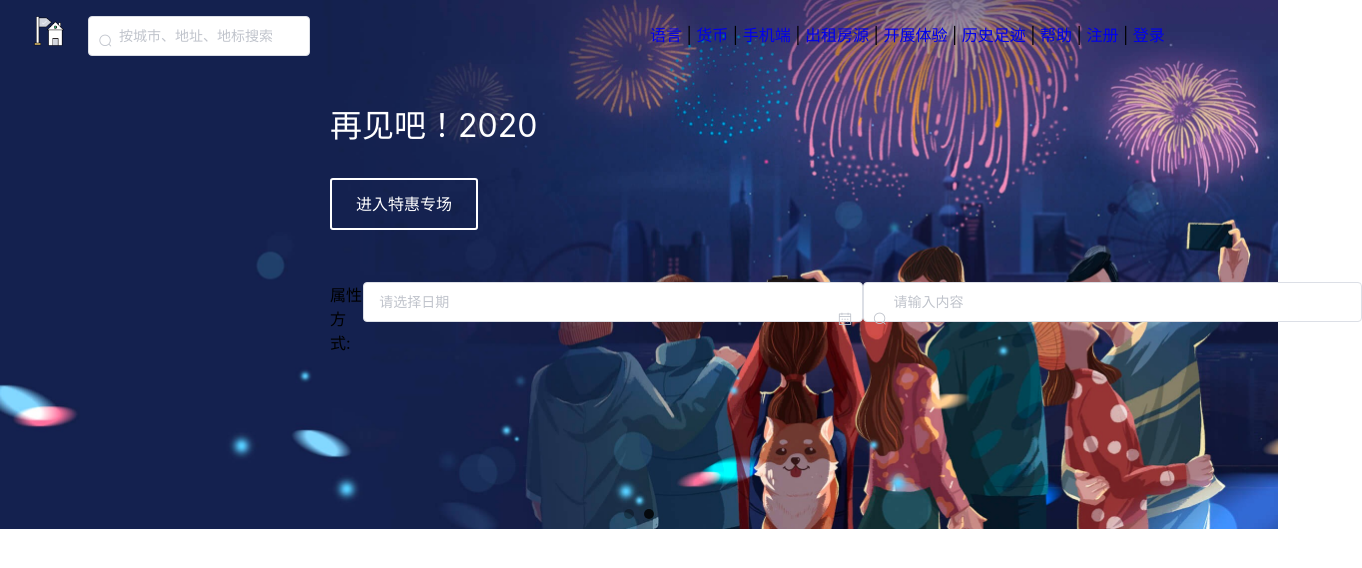
Repository: yz1181214391/my-airbnb
Page: /
These files come from the project's save history. The page is drawn as it stood at one moment and after the next save; the edit follows.
The browser window is 1280 px wide. The page is 1362 px wide, so the pictures cover 1362 px, including what lies to the right of the window. The pictures show the whole page.
The project was rebuilt for these pictures with package versions that can differ from the ones it lists, and the page was loaded fresh each time. Also part of the build but not shown: src/views/Language.vue, src/views/Currency.vue, src/views/Enter.vue, src/views/Experience.vue, src/views/Help.vue, src/views/History.vue, src/views/Mobile.vue, src/views/Register.vue and 1 more.

Above is the page before, as saved 2020-12-09 16:53:34.

After the next save:
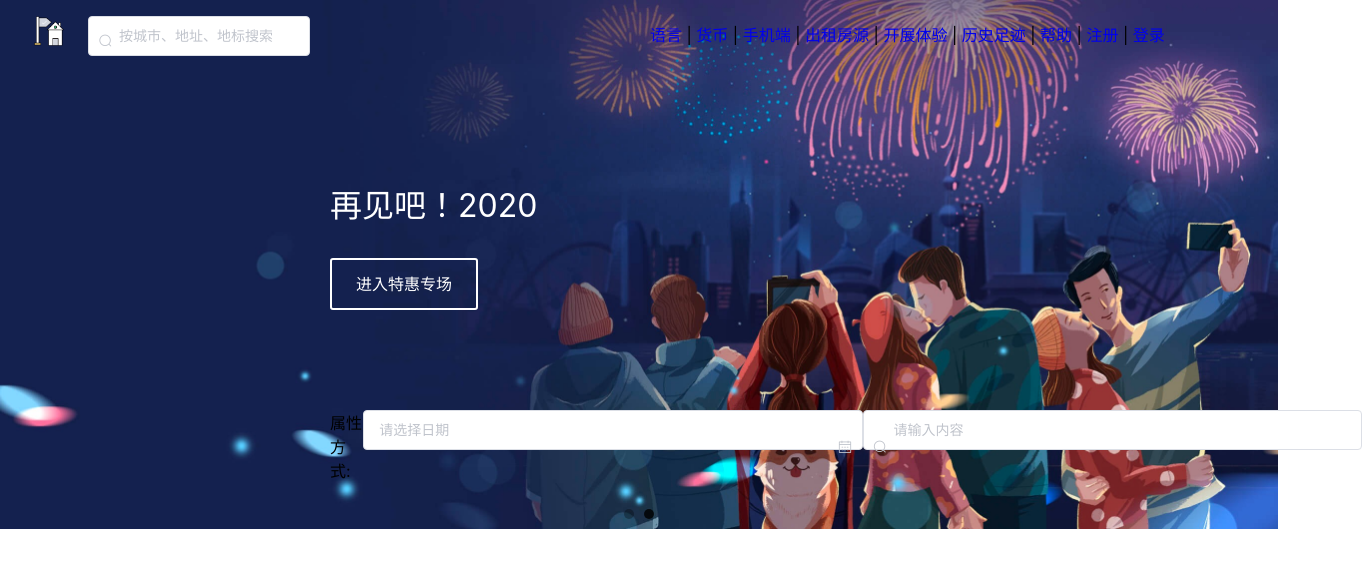
Saved 73 s later.
--- a/src/components/Header.vue
+++ b/src/components/Header.vue
@@ -23,7 +23,7 @@
       </el-row>
       <el-row :gutter="20">
         <el-col :span="6" :offset="6">
-          <div class="grid-content bg-purple">
+          <div class="grid-content bg-purple" style="margin:80px 0;">
             <h1 style="font-size:32px;color:#fff">再见吧！2020</h1>
             <div class="preferential-btn">进入特惠专场</div>
           </div>
